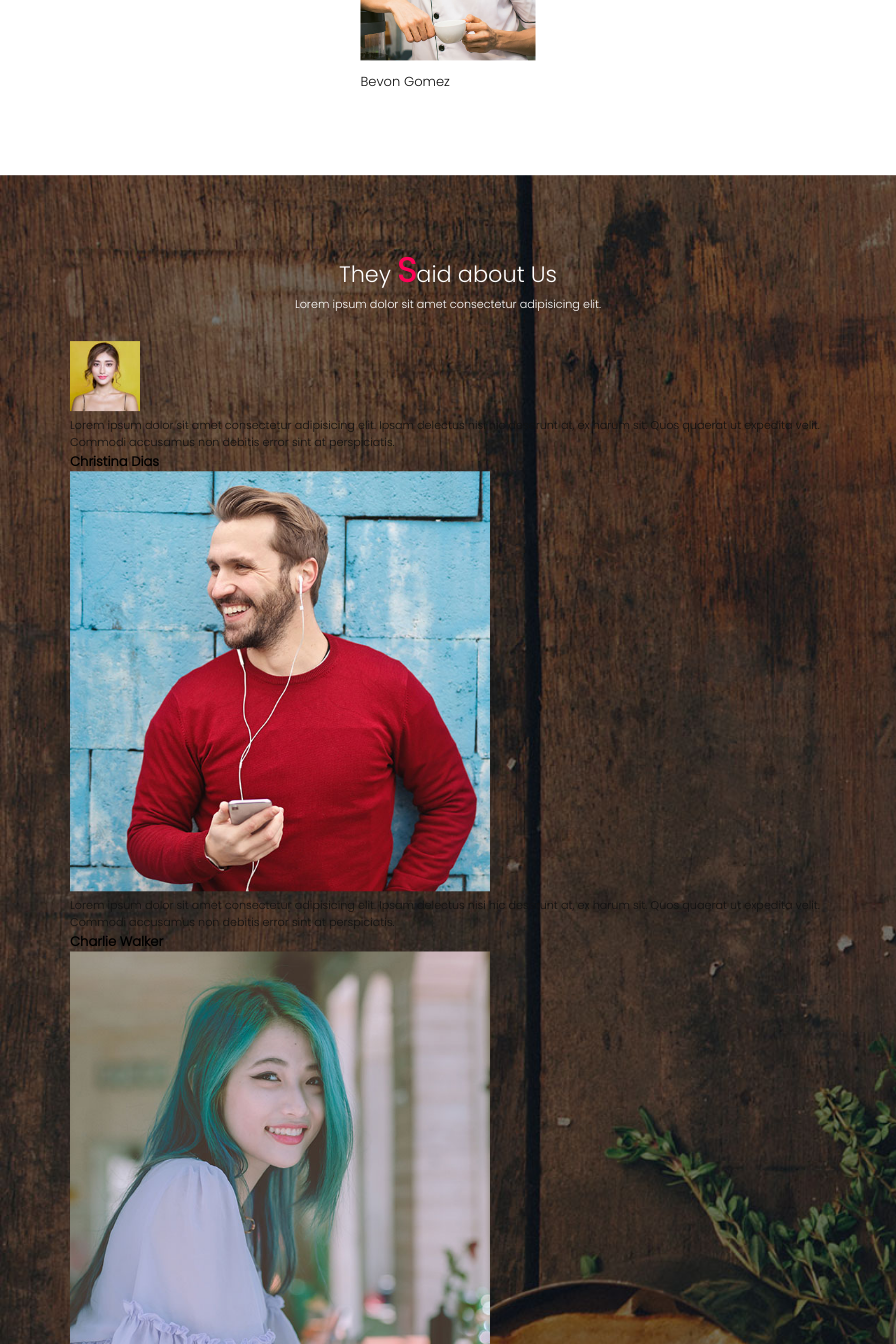
Repository: Adriandias1997/MobileFriendly_FoodWebsite
Page: index.html
These files come from the project's save history. The page is drawn as it stood at one moment and after the next save; the edit follows.
The browser window is 1280 px wide. The pictures show the part of the page from y = 3776 to 5696 px (the page is 5921 px tall before and 6267 px after), at 70% of full size.

Above is the page before, as saved 2020-10-16 17:19:09.

### index.html
<!DOCTYPE html>
<html lang="en">

<head>
    <meta charset="UTF-8">
    <meta name="viewport" content="width=device-width, initial-scale=1.0">
    <title>Food</title>
    <link rel="stylesheet" href="style.css">
</head>

<body>
    <header>
        <a href="#" class="logo">Food <span>Corner</span></a>
        <ul class="navigation">
            <li><a href="#banner">Home</a></li>
            <li><a href="#about">About Us</a></li>
            <li><a href="#menu">Menu</a></li>
            <li><a href="#expert">Expert</a></li>
            <li><a href="#testimonials">Testimonials</a></li>
            <li><a href="#contact">Contact</a></li>
        </ul>

    </header>
    <section class="banner" id="banner">
        <div class="content">
            <h2>Always choose Good</h2>
            <p>Lorem ipsum dolor sit amet consectetur adipisicing elit. Ipsam delectus nisi hic deserunt at, ex harum sit. Quos quaerat ut expedita velit. Commodi accusamus non debitis error sint at perspiciatis.</p>

            <a href="#" class="btn">Our Menu</a>
        </div>
    </section>

    <section class="about" id="about">
        <div class="row">
            <div class="col50">
                <h2 class="titleText"><span>A</span>bout Us</h2>
                <p>Lorem ipsum dolor sit amet consectetur adipisicing elit. Dolorum vero quam, at fuga facilis maiores consequatur! Quibusdam possimus debitis sed alias, provident fuga voluptatem, tempora eligendi aliquid quaerat laudantium repellat. Lorem
                    ipsum dolor sit amet consectetur adipisicing elit. Dolorum vero quam, at fuga facilis maiores consequatur! Quibusdam possimus debitis sed alias, provident fuga voluptatem, tempora eligendi aliquid quaerat laudantium repellat. Lorem
                    ipsum dolor sit amet consectetur adipisicing elit. Dolorum vero quam, at fuga facilis maiores consequatur! Quibusdam possimus debitis sed alias, provident fuga voluptatem, tempora eligendi aliquid quaerat laudantium repellat.
                </p>
            </div>
            <div class="col50">
                <div class="imgBx">
                    <img src="./Images/img1.jpg" alt="">
                </div>
            </div>
        </div>
    </section>

    <section class="menu" id="menu">
        <div class="title">
            <h2 class="titleText">Our <span>M</span>enu</h2>
            <p>Lorem ipsum dolor sit amet consectetur adipisicing elit.
            </p>
        </div>
        <div class="content">
            <div class="box">
                <div class="imgBx">
                    <img src="Images/menu1.jpg" alt="">
                </div>
                <div class="text">
                    <h3>Special Salads</h3>
                </div>
            </div>
            <div class="box">
                <div class="imgBx">
                    <img src="Images/menu2.jpg" alt="">
                </div>
                <div class="text">
                    <h3>Special Soups</h3>
                </div>
            </div>
            <div class="box">
                <div class="imgBx">
                    <img src="Images/menu3.jpg" alt="">
                </div>
                <div class="text">
                    <h3>Special Pasta</h3>
                </div>
            </div>
            <div class="box">
                <div class="imgBx">
                    <img src="Images/menu4.jpg" alt="">
                </div>
                <div class="text">
                    <h3>Special Salads</h3>
                </div>
            </div>
            <div class="box">
                <div class="imgBx">
                    <img src="Images/menu5.jpg" alt="">
                </div>
                <div class="text">
                    <h3>Special Soups</h3>
                </div>
            </div>
            <div class="box">
                <div class="imgBx">
                    <img src="Images/menu6.jpg" alt="">
                </div>
                <div class="text">
                    <h3>Special Salads</h3>
                </div>
            </div>
        </div>
        <div class="title">
            <a href="#" class="btn">
                View All
            </a>
        </div>
    </section>
    <section class="expert" id="expert">
        <div class="title">
            <h2 class="titleText">Our Kitchen <span>E</span>xpert</h2>
            <p>Lorem ipsum dolor sit amet consectetur adipisicing elit.
            </p>
        </div>
        <div class="content">
            <div class="box">
                <div class="imgBx">
                    <img src="Images/expert1.jpg" alt="">
                </div>
                <div class="text">
                    <h3>Tyler Brook</h3>
                </div>
            </div>
            <div class="box">
                <div class="imgBx">
                    <img src="Images/expert2.jpg" alt="">
                </div>
                <div class="text">
                    <h3>Dino Blok</h3>
                </div>
            </div>
            <div class="box">
                <div class="imgBx">
                    <img src="Images/expert3.jpg" alt="">
                </div>
                <div class="text">
                    <h3>Melanie Sasha</h3>
                </div>
            </div>
            <div class="box">
                <div class="imgBx">
                    <img src="Images/expert4.jpg" alt="">
                </div>
                <div class="text">
                    <h3>Bevon Gomez</h3>
                </div>
            </div>
        </div>
    </section>

    <section class="testimonials" id="testimonials">
        <div class="title white">
            <h2 class="titleText">They <span>S</span>aid about Us</h2>
            <p>Lorem ipsum dolor sit amet consectetur adipisicing elit.
            </p>
        </div>
        <div class="content">
            <div class="box">

                <div class="imgBx">
                    <img src="Images/testi1.jpg" alt="">
                </div>
                <div class="text">
                    <p>Lorem ipsum dolor sit amet consectetur adipisicing elit. Ipsam delectus nisi hic deserunt at, ex harum sit. Quos quaerat ut expedita velit. Commodi accusamus non debitis error sint at perspiciatis.
                    </p>
                    <h3>Christina Dias</h3>
                </div>
            </div>
            <div class="box">

                <div class="imgBx">
                    <img src="Images/testi2.jpg" alt="">
                </div>
                <div class="text">
                    <p>Lorem ipsum dolor sit amet consectetur adipisicing elit. Ipsam delectus nisi hic deserunt at, ex harum sit. Quos quaerat ut expedita velit. Commodi accusamus non debitis error sint at perspiciatis.
                    </p>
                    <h3>Charlie Walker</h3>
                </div>
            </div>
            <div class="box">

                <div class="imgBx">
                    <img src="Images/testi3.jpg" alt="">
                </div>
                <div class="text">
                    <p>Lorem ipsum dolor sit amet consectetur adipisicing elit. Ipsam delectus nisi hic deserunt at, ex harum sit. Quos quaerat ut expedita velit. Commodi accusamus non debitis error sint at perspiciatis.
                    </p>
                    <h3>Maya Jensen</h3>
                </div>
            </div>
        </div>
    </section>
    <script src="index.js"></script>
</body>

</html>

### style.css
        @import url("https://fonts.googleapis.com/css2?family=Poppins:wght@300&display=swap");
        * {
            margin: 0;
            padding: 0;
            box-sizing: border-box;
            font-family: "Poppins", sans-serif;
            scroll-behavior: smooth;
        }

        p {
            font-weight: 300;
            color: #111;
        }
        /* body {
    min-height: 1000px;
} */

        .banner {
            position: relative;
            width: 100%;
            min-height: 100vh;
            display: flex;
            justify-content: center;
            align-items: center;
            background: url(./Images/bg.jpg);
            background-size: cover;
        }

        .banner .content {
            max-width: 900px;
            text-align: center;
        }

        .banner .content h2 {
            font-size: 5em;
            color: #fff;
        }

        .banner .content p {
            font-size: 1em;
            color: #fff;
        }

        .btn {
            font-size: 1em;
            color: #fff;
            background: #ff0157;
            display: inline-block;
            padding: 10px 30px;
            text-transform: uppercase;
            text-decoration: none;
            letter-spacing: 2px;
            transition: 0.5s;
        }

        .btn:hover {
            background-color: #fff;
            color: #ff0157;
            letter-spacing: 6px;
        }

        header {
            position: fixed;
            top: 0;
            left: 0;
            width: 100%;
            padding: 40px 100px;
            z-index: 10000;
            display: flex;
            justify-content: space-between;
            align-items: center;
            transition: 0.5s;
        }

        header.sticky {
            background: #fff;
            padding: 10px 100px;
            box-shadow: 0 5px 20px rgba(0, 0, 0, 0.05);
        }

        header .logo {
            color: #fff;
            font-weight: 700;
            text-decoration: none;
            font-size: 2em;
        }

        header.sticky .logo {
            color: #111;
        }

        header .logo span {
            color: #ff0157;
        }

        header .navigation {
            position: relative;
            display: flex;
        }

        header .navigation li {
            list-style: none;
            margin-left: 30px;
        }

        header .navigation li a {
            text-decoration: none;
            color: #fff;
            font-weight: 300;
        }

        header.sticky .navigation li a {
            color: #111;
            font-weight: 300;
        }

        header .navigation li a:hover {
            color: #ff0157;
        }

        section {
            padding: 100px;
        }

        .row {
            position: relative;
            width: 100%;
            display: flex;
            justify-content: space-between;
        }

        .row .col50 {
            position: relative;
            width: 48%;
        }

        .titleText {
            color: #111;
            font-size: 2em;
            font-weight: 400;
        }

        .titleText span {
            color: #ff0157;
            font-size: 1.5em;
            font-weight: 700;
        }

        .row .col50 .imgBx {
            position: relative;
            width: 100%;
            height: 100%;
            /* min-height: 300px; */
        }

        .row .col50 .imgBx img {
            position: relative;
            top: 0;
            left: 0;
            width: 100%;
            height: 100%;
            object-fit: cover;
        }

        .title {
            width: 100%;
            display: flex;
            justify-content: center;
            align-items: center;
            flex-direction: column;
        }

        .menu .content {
            display: flex;
            justify-content: center;
            flex-direction: row-reverse;
            flex-wrap: wrap;
            margin-top: 40px;
        }

        .menu .content .box {
            width: 340px;
            margin: 20px;
            border: 15px solid #fff;
            box-shadow: 0 5px 20px rgba(0, 0, 0, 0.08);
        }

        .menu .content .box .imgBx {
            position: relative;
            width: 100%;
            height: 300px;
        }

        .menu .content .box .imgBx img {
            position: absolute;
            top: 0;
            left: 0;
            width: 100%;
            height: 100%;
            object-fit: cover;
        }

        .menu .content .box .text {
            padding: 15px 0 5px;
        }

        .menu .content .box .text h3 {
            font-weight: 400;
            color: #111;
        }

        .expert .content {
            display: flex;
            justify-content: center;
            align-items: center;
            flex-wrap: wrap;
            flex-direction: row;
            margin-top: 40px;
        }

        .expert .content .box {
            width: 250px;
            margin: 15px;
        }

        .expert .content .box .imgBx {
            position: relative;
            width: 100%;
            height: 300px;
        }

        .expert .content .box .imgBx img {
            position: absolute;
            top: 0;
            left: 0;
            width: 100%;
            height: 100%;
            object-fit: cover;
        }

        .expert .content .box .text {
            padding: 15px 0 5px;
        }

        .expert .content .box .text h3 {
            font-weight: 400;
            color: #111;
        }

        .testimonials {
            background: url(./Images/bg2.jpg);
            background-size: cover;
        }

        .white .titleText,
        .white p {
            color: #fff;
        }

        .testimonials .content {
            display: flex;
            justify-content: center;
            flex-wrap: wrap;
            flex-direction: row;
            margin-top: 40px;
        }

### index.js
window.addEventListener('scroll', function() {
    const header = document.querySelector('header');
    header.classList.toggle('sticky', window.scrollY > 0);
});

After the next save:
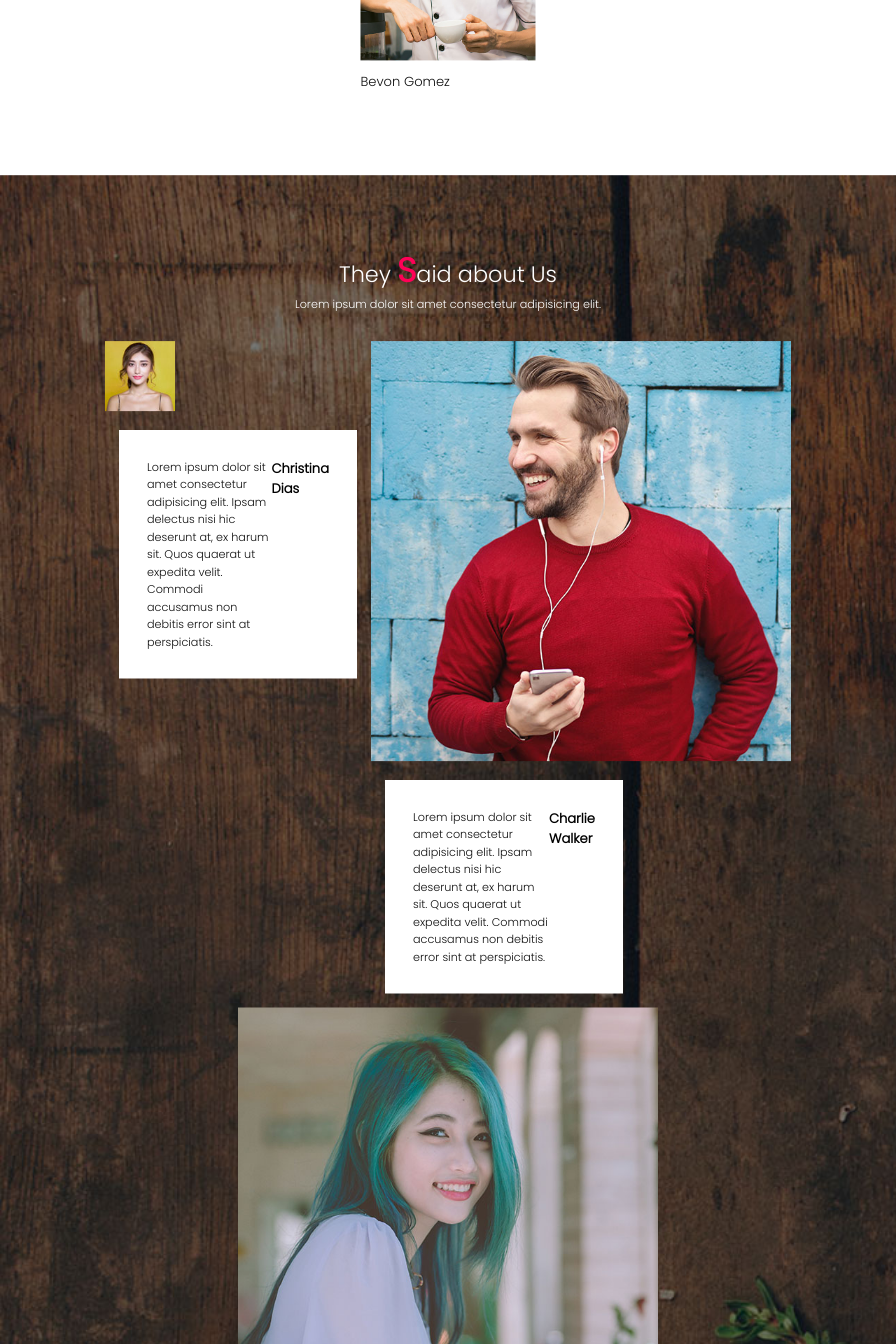
Saved 22 min 16 s later.
--- a/style.css
+++ b/style.css
@@ -264,3 +264,11 @@
             flex-direction: row;
             margin-top: 40px;
         }
+
+        .testimonials .content .text {
+            width: 340px;
+            margin: 20px;
+            padding: 40px;
+            background: #fff;
+            display: flex;
+        }
